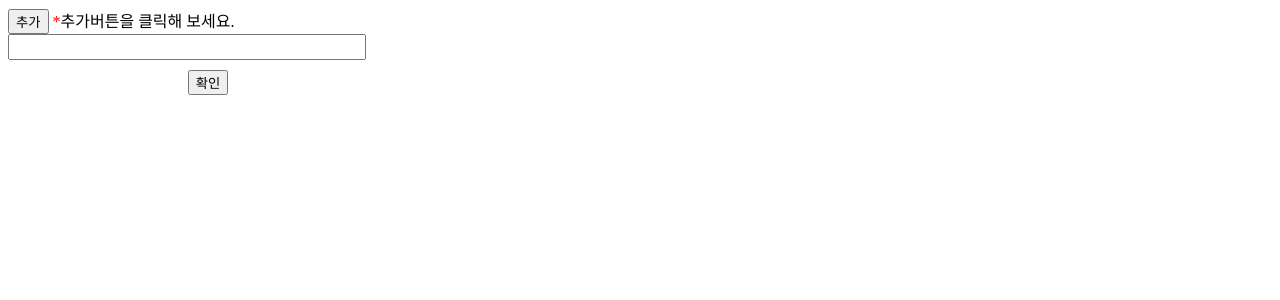
Repository: minkyung0421/jsp_travel_project
Page: http://localhost/Travel_Project/layerTest.jsp
These files come from the project's save history. The page is drawn as it stood at one moment and after the next save; the edit follows.
The browser window is 1280 px wide. The pictures show the whole page.
Some web libraries are served in a nearby version. The page is served by Tomcat 9.

Above is the page before, as saved 2018-08-21 02:54:56.

After the next save:
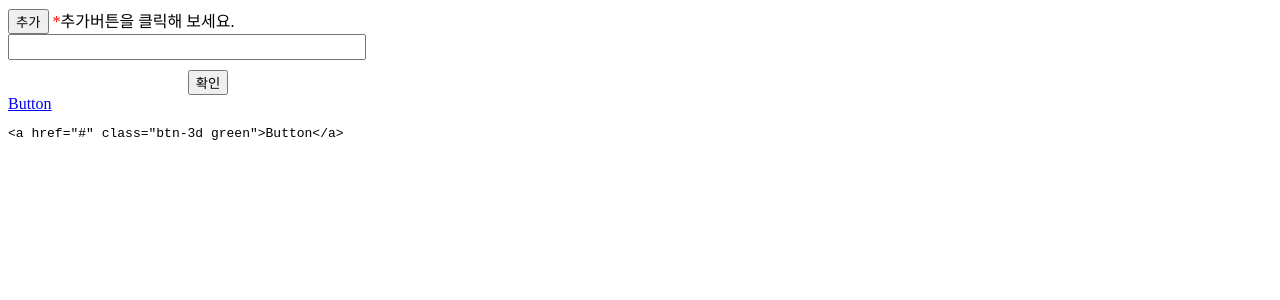
Saved 114 min 23 s later.
--- a/jsp_travel_project/Travel_Project/WebContent/layerTest.jsp
+++ b/jsp_travel_project/Travel_Project/WebContent/layerTest.jsp
@@ -49,6 +49,10 @@
     </td>
    </tr>
  </table>
+ <div class="btn-container">
+    <a href="#" class="btn-3d green">Button</a>
+    <pre>&lt;<span class="anc">a</span> <span class="att">href</span>=<span class="val">"#"</span> <span class="att">class</span>=<span class="val">"btn-3d green"</span>>Button&lt;/<span class="anc">a</span>></pre>
+</div>
 </form>
 </body>
 </html>
